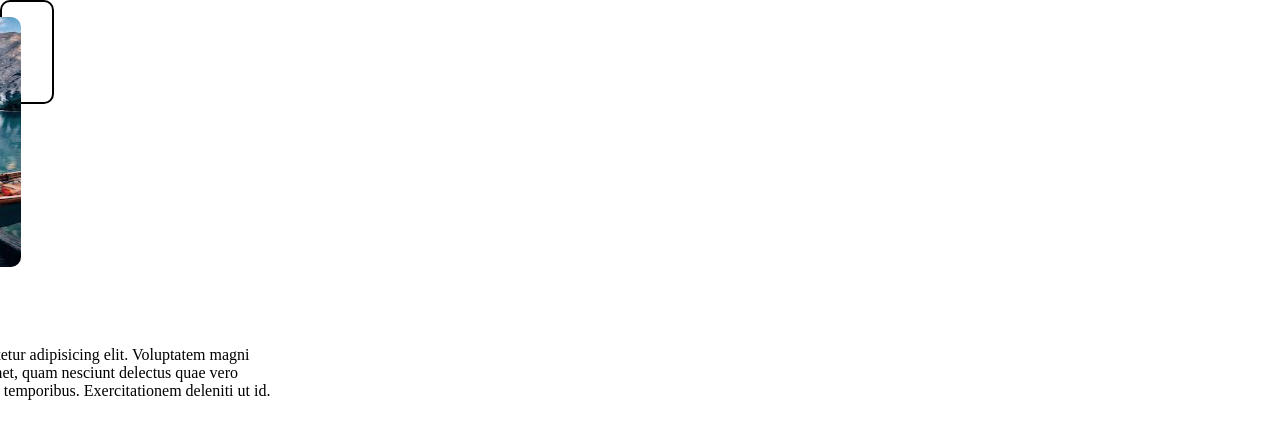
Repository: diensy/Web_dev
Page: Css/Exercise/exercise-2/index.html
The author's editor kept a copy of each file at every save. The page is drawn from the files as they stood at one save, then again after a run of saves.
The browser window is 1280 px wide. The pictures show the whole page.

Above is the page before, as saved 2024-05-27 21:30:58.

### Css/Exercise/exercise-2/index.html
<!DOCTYPE html>
<html lang="en">
  <head>
    <meta charset="UTF-8" />
    <meta name="viewport" content="width=device-width, initial-scale=1.0" />
    <title>Document</title>
    <link rel="stylesheet" href="index.css" />
  </head>
  <body>
    <div class="card">
      <div class="image">
        <img src="image.jpeg" alt="" />
      </div>
      <div class="button">
        <span>Nature</span>
        <span>Lake</span>
      </div>
      <div class="content">
        <h1>Lago di Braies</h1>
        <p>
          Lorem ipsum dolor sit amet consectetur adipisicing elit. Voluptatem
          magni laboriosam et, atque labore, quis amet, quam nesciunt delectus
          quae vero perferendis dolore quia dignissimos temporibus.
          Exercitationem deleniti ut id.
        </p>
      </div>
    </div>
  </body>
</html>

### Css/Exercise/exercise-2/index.css
* {
  margin: 0;
  padding: 0;
}
.card {
  border: 2px solid black;
  border-radius: 10px;
  display: grid;
  justify-content: center;
  height: 100px;
  width: 50px;

}
.image {
  margin-top: 15px;
  margin-bottom: 20px;
}
.image img {
  /* border: 1px solid black; */
  border-radius: 10px;
  height: 250px;
  width: 250px;
}
.button span {
  border: 1px solid rgba(107, 94, 94, 0.306);
  color: rgba(0, 0, 0, 0.694);
  border-radius: 40px;
  padding: 0 10px;
  margin-left: 5px;
  margin-bottom: 20px;
}
.content{
    height: 100%;
    width: 40vw;
}

After the next 2 saves:
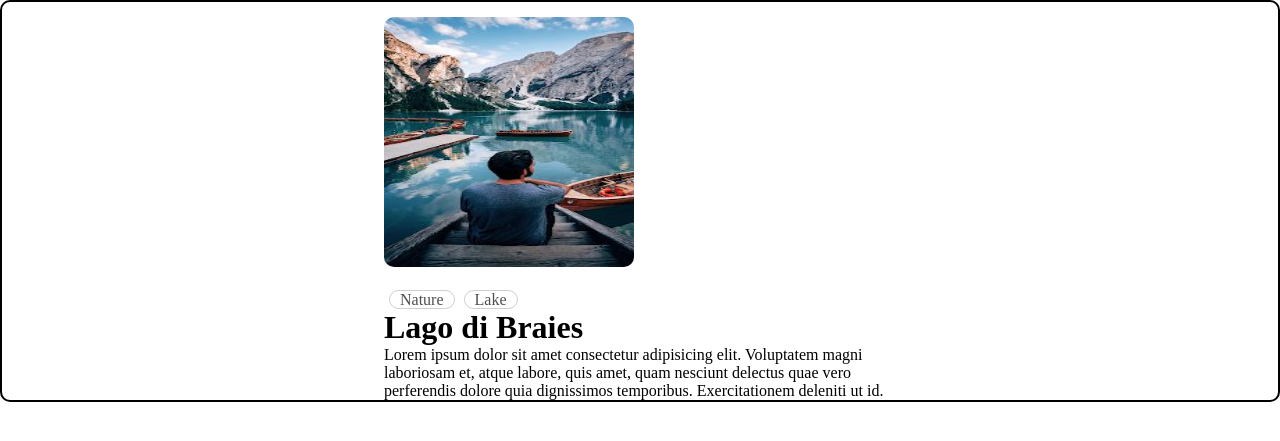
The 2 saves are shown as one change because they came seconds apart.
The last was saved 10 s later.
--- a/Css/Exercise/exercise-2/index.css
+++ b/Css/Exercise/exercise-2/index.css
@@ -7,8 +7,6 @@
   border-radius: 10px;
   display: grid;
   justify-content: center;
-  height: 100px;
-  width: 50px;
 
 }
 .image {
